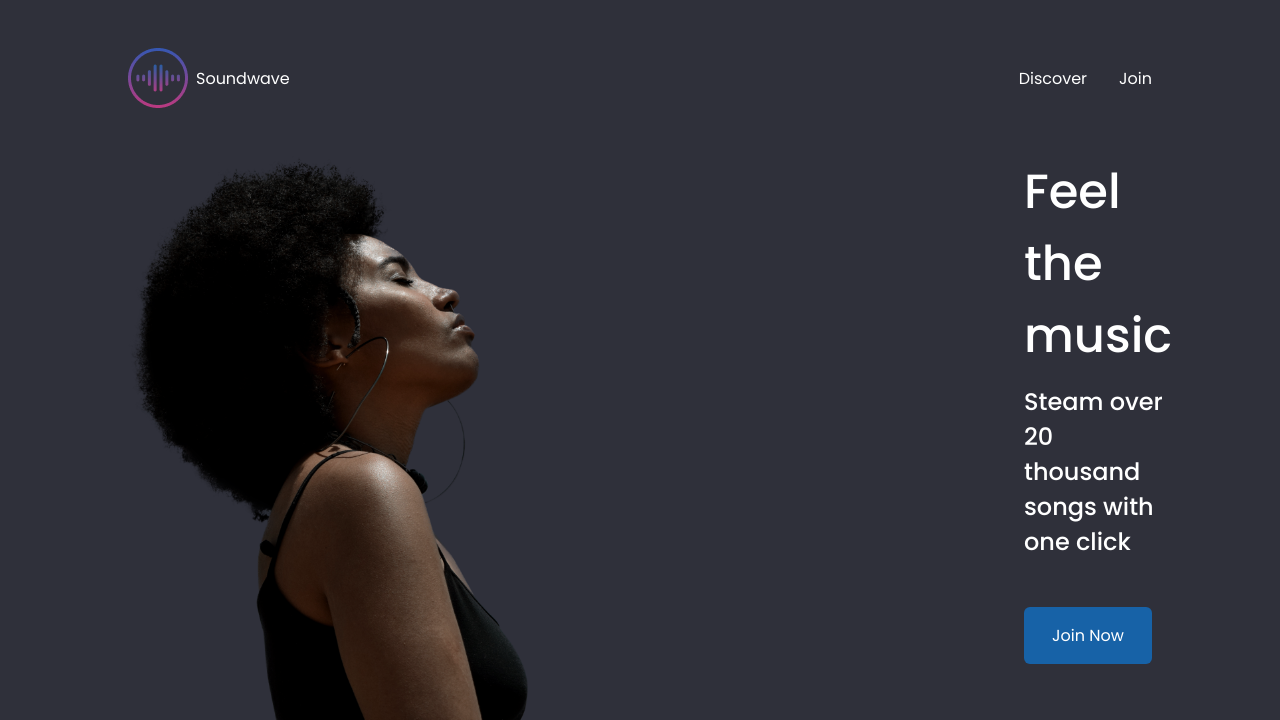
Repository: Hiiiij/soundwave
Page: pages/index.html
An editor plug-in stored every save of this project. The page is shown before and after a run of saves, followed by the edit.
The browser window is 1280 px wide. The pictures show the whole page.

Above is the page before, as saved 2020-06-30 13:13:24.

### pages/index.html
<!DOCTYPE html>
<html lang="en">
  <head>
    <meta charset="UTF-8" />
    <meta name="viewport" content="width=device-width, initial-scale=1.0" />
    <link rel="stylesheet" href="../style.css">
    <title>Soundwave</title>
  </head>
  <body class="main-container page-content">
    <header class="header">
        <!-- <div class="main-container"> -->
        <a href="/" class="logo">
          <img src="../assets/icons/logo.png" alt="logo-soundwave" />
          <span class="logotype">Soundwave</span>
        </a>
        <nav class="header-nav">
          <ul>
            <li>
              <a href="/pages/discover.html">Discover</a>
            </li>
            <li>
              <a href="/pages/join.html">Join</a>
            </li>
          </ul>
        </nav>
       <!-- </div>  -->
    </header>
    <section class="home-main">
      <div class="img-wrapper">
        <div class="img">
        </div>
      </div>

      <div class="heading">
        <h1 class="title">Feel the music</h1>
        <h2 class="subt">Steam over 20 thousand songs with one click</h2>
        <a href="/pages/join.html" class="button-primary">Join Now</a>
      </div>



    </section>
  </body>
</html>

### style.css
@import url("https://fonts.googleapis.com/css?family=Poppins:400,500,700");

*,
*::before,
*::after {
  box-sizing: border-box;
}

:root {
  /* colors  */
  --main-bg-color: #2f303a;
  --pink-circle: #3d3141;
  --blue-circle: #2f3446;
  --footer-bg: #202027;
  --primary-link-hover: #a07fe8;
  --button-primary: #1762a7;
  --button-hover: #3a90e1;
  --accent-text: #bc3a80;
  --primary-text: #ffffff;
  --link-hover: #ffb515;

  /* typography */
  --h4-font-size: 1rem;
  --h1-font-size: 3rem;
  --h2-font-size: 1.5rem;
  /* --accent-font-size: 1.25rem; */
  --btn-text: 0.75rem;
  --font-bold:500;

  /* breakpoitns */
  --xs-breakpoint: 0px;
  --sm-breakpoint: 600px;
  --md-breakpoint: 960px;
  --lg-breakpoint: 1280px;
  --xl-breakpoint: 1920px;
}

/* general style*/
body {
  padding: 0;
  margin: 0;
  font-family: "Poppins", sans-serif;
  background-color: var(--main-bg-color);
  color: var(--primary-text);
  font-size: var( --h4-font-size);
  min-height:100vh;
}

.page-content{
  display:flex;
  flex-direction:column;
}
.main-container{
  max-width: 80vw;
  max-height:100vh;
  margin:0 auto;
}

.header{
  display:flex;
  justify-content:space-between;
  align-items:center;
  /* height:8rem; */
  padding: 3rem 0;
}

.logo{
  display:flex;
  align-items:center;
  color:inherit;
  font-size: var(--h3-font-size);
  text-decoration:none;
}

.logotype{
  margin-left: .5rem;
}

.header-nav ul{
display: flex;
list-style:none;
margin:0;
padding:0;
}

.header-nav > ul > li:not(:last-child) {
  margin-right: 2rem;
}

.header-nav a {
text-decoration: none;
color: inherit;
}

.header-nav a:hover{
  color: var(--link-hover)
}

/* .heading{
  margin-top:0;
  margin-bottom: 0;
} */

.title{
  font-weight: var(--font-bold);
  font-size: var(--h1-font-size);
  margin-bottom: 0;
  margin-top:0;

}
 .subt{
   font-weight:var(--font-bold);
   font-size: var(--h2-font-size);
   margin-top: .75rem;
   margin-bottom:3rem;

 }
.button-primary {
  border:0;
  padding-top: 1rem;
  padding-bottom: 1rem;
  width: 8rem;
  display: inline-block;
  border-radius: 6px;
  background-color: var(--button-primary);
  text-align: center;
  color: var(--primary-text);
  text-decoration: none;

}

.home-main{
display:flex;
align-items:stretch;
flex-grow:1;
justify-content: space-between;
}

.home-main .img-wrapper{
display:flex;
flex-grow:1;
flex-direction: column;
align-items:stretch;
justify-content:flex-end;

}

.home-main .img{
  background-image: url(./assets/images/landing-page-girl.png);
  background-repeat: no-repeat;
  flex-grow:1;
  max-height: 80vh;
  min-width:70vw;
  background-size: contain;
  background-position: 0 bottom;
  align-items: center;
  justify-content: flex-end;
  z-index:1;
}

After the next 2 saves:
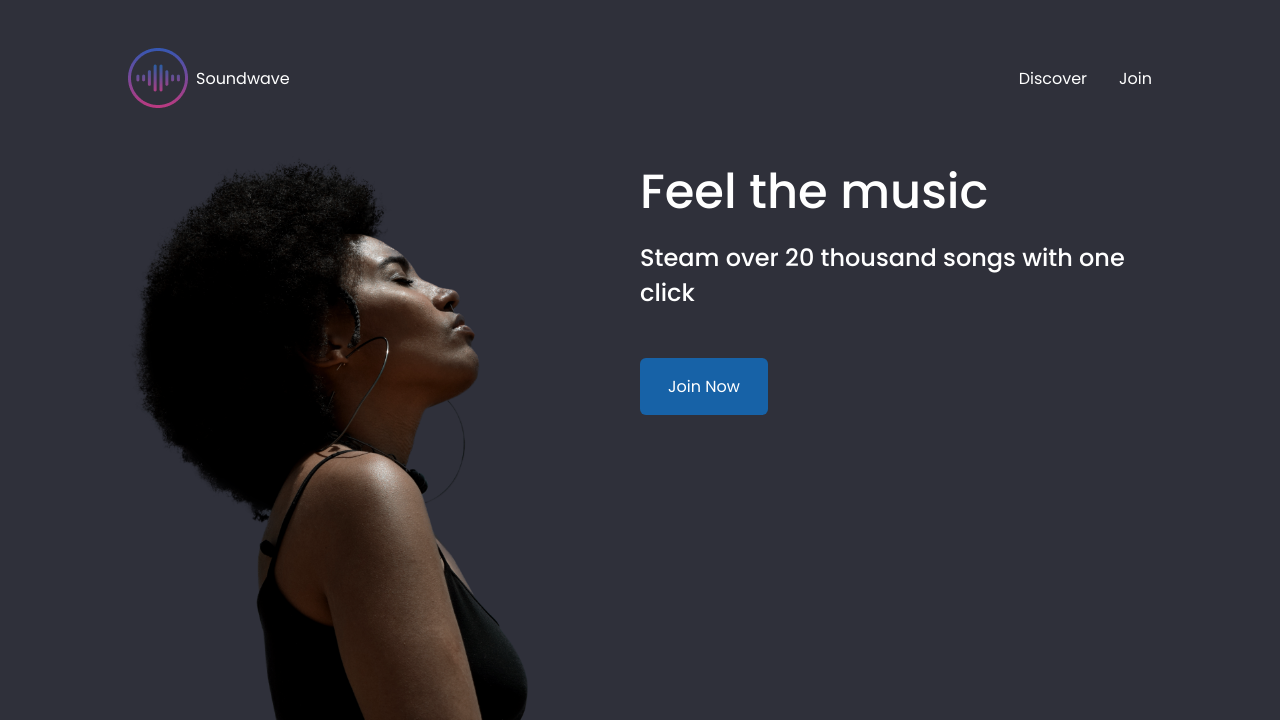
The 2 saves are shown as one change because they came seconds apart.
The last was saved 11 s later.
--- a/style.css
+++ b/style.css
@@ -150,7 +150,7 @@ justify-content:flex-end;
   background-repeat: no-repeat;
   flex-grow:1;
   max-height: 80vh;
-  min-width:70vw;
+  min-width:40vw;
   background-size: contain;
   background-position: 0 bottom;
   align-items: center;
